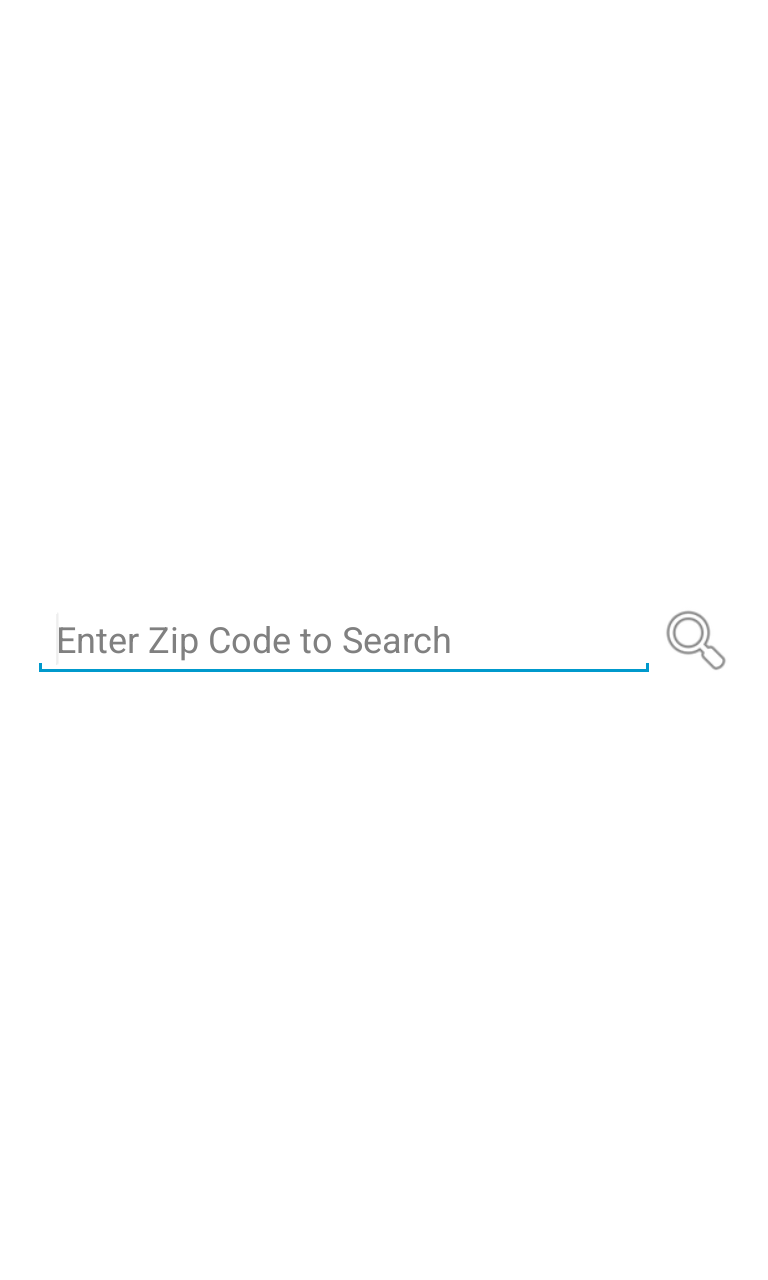
Repository: fsoDannis/J2_913
Layout: WeatherPull/res/layout/activity_main.xml
The author's editor kept a copy of each file at every save. The layout is drawn from the files as they stood at one save, then again after the next save.
It is drawn on a 768 x 1280 px phone screen (xhdpi) without system bars, with theme AppTheme; the app's code is not run. Lists and similar views that code fills are empty.

Above is the layout before, as saved 2013-09-08 12:17:16.

After the next save:
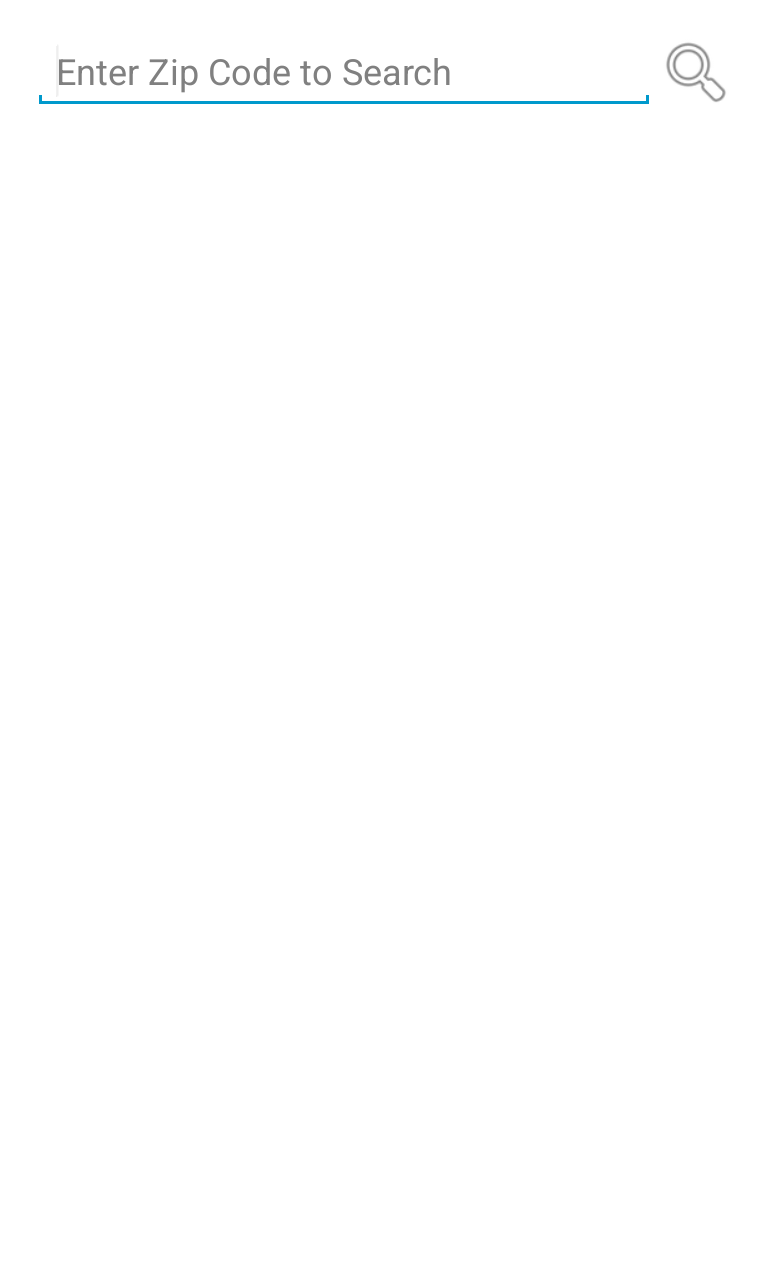
Saved 34 s later.
--- a/WeatherPull/res/layout/activity_main.xml
+++ b/WeatherPull/res/layout/activity_main.xml
@@ -35,19 +35,15 @@
             android:layout_width="40dp"
             android:layout_height="40dp"
             android:background="@android:drawable/ic_menu_search"
-            tools:ignore="ContentDescription"
-            android:onClick="onClick"/>
+            tools:ignore="ContentDescription" />
     </LinearLayout>
-<LinearLayout
-android:layout_width="match_parent"
-        android:layout_height="wrap_content"
-        android:orientation="vertical">
 
-        <ListView
-            android:id="@+id/list"
-            android:layout_width="match_parent"
-            android:layout_height="match_parent"
-            android:drawSelectorOnTop="false">
-        </ListView>
-	</LinearLayout>
+    <TextView
+        android:id="@+id/resultTextView"
+        android:layout_width="match_parent"
+        android:layout_height="match_parent"
+        android:layout_marginTop="5dp"
+        android:autoLink="all"
+        android:text="" />
+
 </LinearLayout>
